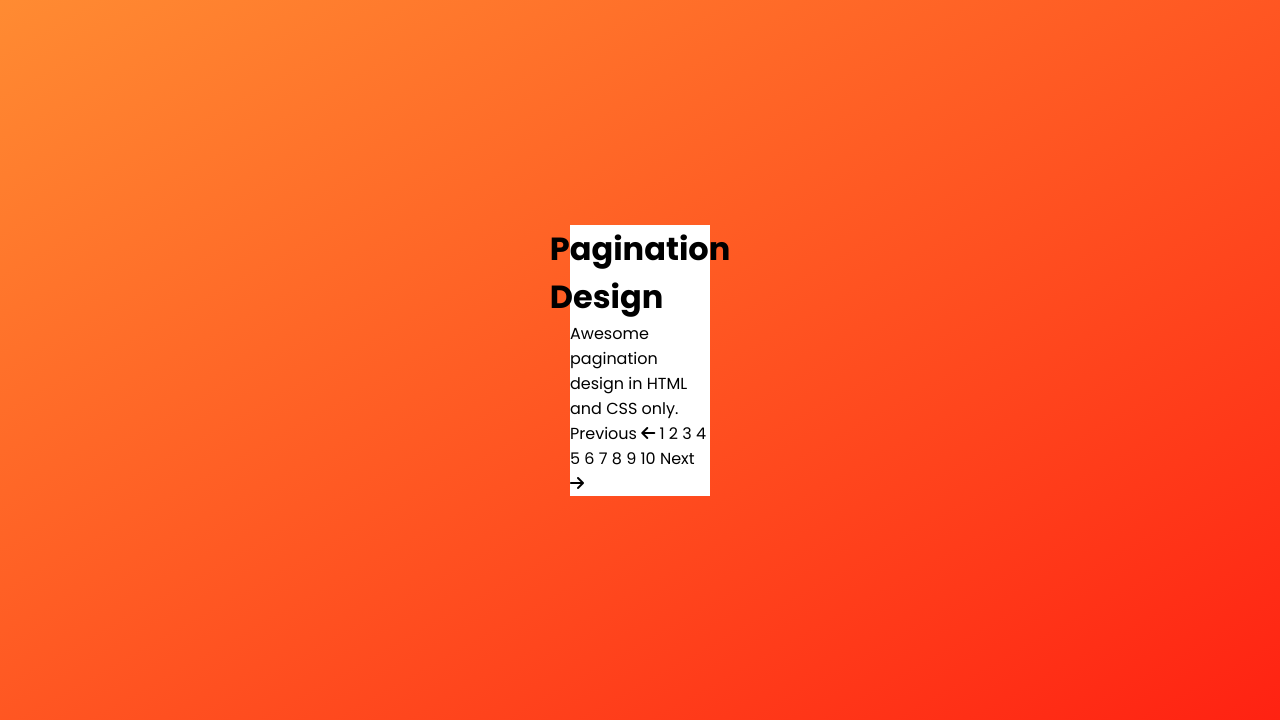
Repository: Ankitkr2021/Awesome-Pagination
Page: index.html
These files come from the project's save history. The page is drawn as it stood at one moment and after the next save; the edit follows.
The browser window is 1280 px wide. The pictures show the whole page.

Above is the page before, as saved 2025-10-02 08:57:12.

After the next save:
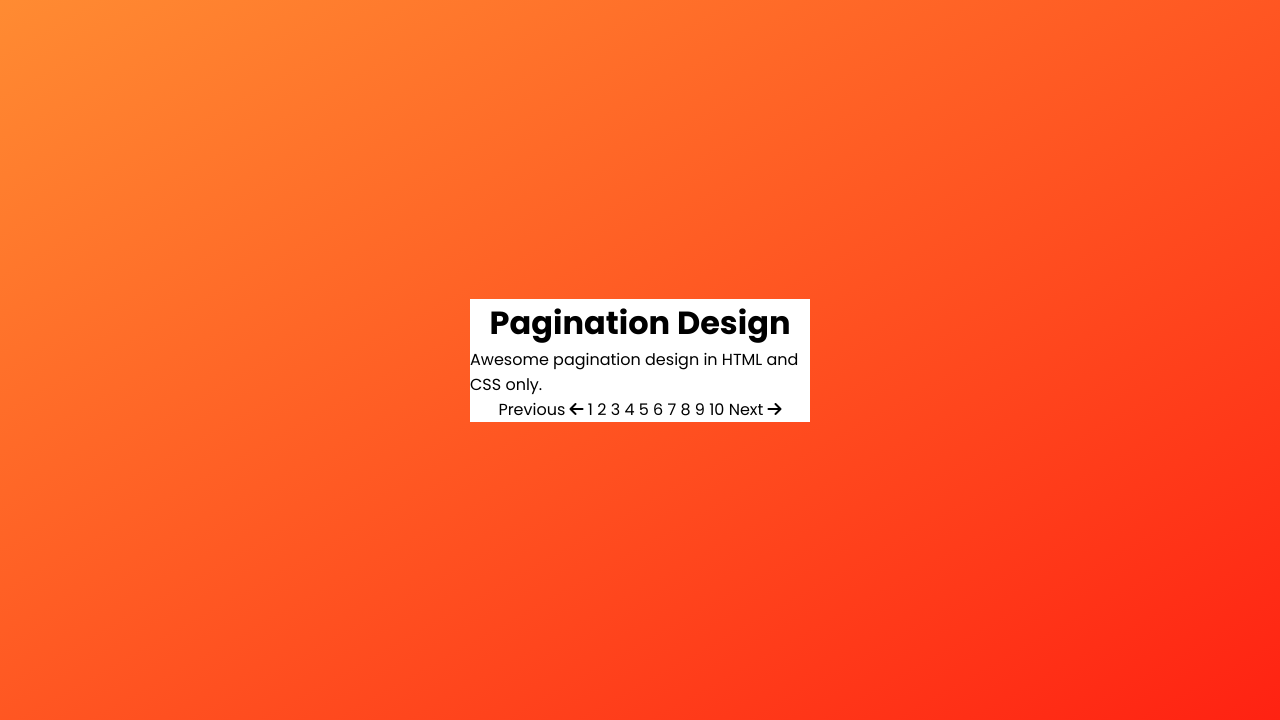
Saved 4 s later.
--- a/style.css
+++ b/style.css
@@ -22,5 +22,5 @@ body{
    align-items: center;
    flex-direction: column;
    background: #fff;
-   width: 140px;
+   width: 340px;
 }
